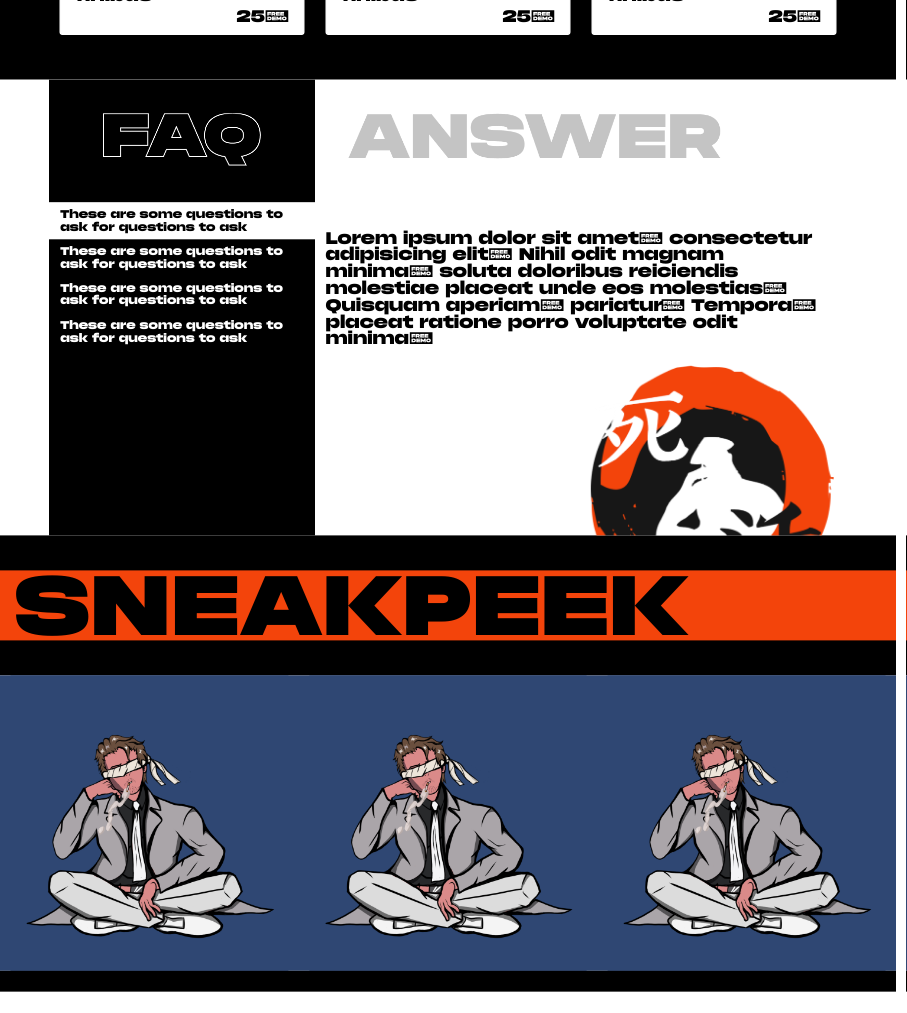
Repository: danishmahmoodawan/Sneakpeak
Page: /
The author's editor kept a copy of each file at every save. The page is drawn from the files as they stood at one save, then again after a run of saves.
The browser window is 1280 px wide. The page is 1295 px wide, so the pictures cover 1295 px, including what lies to the right of the window. The pictures show the part of the page from y = 1587 to 3467 px (the page is 3034 px tall before and 3467 px after), at 70% of full size.
The project was rebuilt for these pictures with package versions that can differ from the ones it lists, and the page was loaded fresh each time.

Above is the page before, as saved 2022-02-28 22:08:21.

### public/index.html
<!DOCTYPE html>
<html lang="en">
  <head>
    <meta charset="utf-8" />
    <meta name="viewport" content="width=device-width, initial-scale=1" />
    <link rel="stylesheet" href="https://cdnjs.cloudflare.com/ajax/libs/twitter-bootstrap/4.6.0/css/bootstrap.min.css">
	<link rel="stylesheet" href="https://cdnjs.cloudflare.com/ajax/libs/font-awesome/5.15.4/css/all.min.css">
	<link rel="stylesheet" href="assets/css/style.css">
	<title>SneakPeak</title>
  </head>
  <body>
    <noscript>You need to enable JavaScript to run this app.</noscript>
    <div id="root"></div>
	<script src="https://cdnjs.cloudflare.com/ajax/libs/jquery/3.5.1/jquery.slim.min.js"></script>
	<script src="https://cdnjs.cloudflare.com/ajax/libs/popper.js/1.16.1/umd/popper.min.js"></script>
  <script src="https://cdnjs.cloudflare.com/ajax/libs/twitter-bootstrap/4.6.0/js/bootstrap.min.js"></script>
  <link rel="stylesheet" href="https://fonts.googleapis.com/css2?family=Inter:wght@100;200;300;400;500;600;700;800;900&display=swap"/>
  <link rel="stylesheet" href="https://fonts.googleapis.com/css2?family=VT323:wght@400&display=swap"/>
  </body>
</html>

### src/App.js
import Home from "./pages/Home";

function App() {
  return (
    <div>
      <Home />
    </div>
  );
}

export default App;

### src/pages/Home.js

import { useState, useEffect } from 'react';
function Home() {

  return (
   <>
 <section className="top_section">
            <div className="container">
                <div className="row">
                    <div className="col-12 text-center top_image">
                        <div className="social_div">
                            <img src="assets/images/ICON_INSTA24.png" alt="ICON_INSTA24" className="desktop_image"/>
                            <img src="assets/images/ICON_MEDIUM25.png" alt="ICON_MEDIUM25" className="desktop_image"/>
                            <img src="assets/images/ICON_OS26.png" alt="ICON_OS26" className="desktop_image"/>
                            <img src="assets/images/ICON_TWITTER27.png" alt="ICON_TWITTER27" className="desktop_image"/>
                            <img src="assets/images/ICON_DISCORD28.png" alt="ICON_DISCORD28" className="desktop_image"/>
                        </div>
                    </div>
                </div>
            </div>
        </section>
        <section className="first_section"></section>

        <section className="second_section">
            <div className="container">
                <div className="row d-flex align-items-center justify-content-center">
                    <div className="col-12 col-md-5 left_sec_col img_col">
                        <div className="row">
                          <div className="col-12 right_inner_sec_col row_set_whi">
                                <div className="row">
                                    <div className="col-4 col_white">
                                        <p>PRICE</p>
                                    </div>
                                    <div className="col-8 col_black">
                                        <p>0.15 Ξ</p>
                                    </div>
                                </div>
                                <div className="row">
                                    <div className="col-4 col_white">
                                        <p>TOTAL</p>
                                    </div>
                                    <div className="col-8 col_black">
                                        <p>1125 / 3333</p>
                                    </div>
                                </div>
                                <div className="row">
                                    <div className="col-4 col_white">
                                        <p>LIMIT</p>
                                    </div>
                                    <div className="col-8 col_black">
                                        <p>5 PER TX</p>
                                    </div>
                                </div>
                            </div>
                        </div>

                    </div>
                    <div className="col-12 col-md-2 left_sec_col text-center">
                        <div className="row"><div className="col-12 icon_size p-0"> <a href="#" target={{target:"_blank"}}> <svg xmlns="http://www.w3.org/2000/svg" width="50" height="40" fill="currentColor" class="bi bi-chevron-compact-up" viewBox="0 0 16 16">
  <path fill-rule="evenodd" d="M7.776 5.553a.5.5 0 0 1 .448 0l6 3a.5.5 0 1 1-.448.894L8 6.56 2.224 9.447a.5.5 0 1 1-.448-.894l6-3z"/>
</svg></a></div>
 </div>
                        <div className="row"><div className="col-12 icon_size p-0"><span class="counts"> 5 </span></div> </div>
                        <div className="row"><div className="col-12 icon_size p-0"><a href="#" target={{target:"_blank"}}> <svg xmlns="http://www.w3.org/2000/svg" width="50" height="40" fill="currentColor" class="bi bi-chevron-compact-down" viewBox="0 0 16 16">
  <path fill-rule="evenodd" d="M1.553 6.776a.5.5 0 0 1 .67-.223L8 9.44l5.776-2.888a.5.5 0 1 1 .448.894l-6 3a.5.5 0 0 1-.448 0l-6-3a.5.5 0 0 1-.223-.67z"/>
</svg></a></div>
 </div>
                    </div>
                    <div className="col-12 col-md-2 mintbtns right_col">
                    <button classname=" m-2">MINT <br /> NOW</button>
                    </div>
                </div>
            </div>
        </section>

        <section className="third_section roadmapSec">
            <div className="container">
                <div className="row third_row">
                <div className="col-12 "><h1>ROADMAP</h1></div>
                 </div>
                 <div className="row set_map">
                 <div className="col-sm-12 col-md-4">
                 <div className="btn map_one maptwo btn-primary position-relative">
             <p>    Lorem ipsum dolor sit amet consectetur adipiscing elit Aliquam ac dapibus orci sit amet laoreet odio Sed commodo nulla sit amet est posuere lobortis Maecenas ultrices justo non cursus finibus </p>
  <span class="position-absolute top-0 start-100 translate-middle badge rounded-pill set_ict">
  <img src="assets/images/01.png" alt="PREVIEW_Artboard321293" className="desktop122_image" />
  </span>
  <p className="text-right">25%</p>
</div>
                 </div>
                 <div className="col-sm-12 col-md-4">
                 <div className="btn map_one maptwo btn-primary position-relative">
             <p>    Lorem ipsum dolor sit amet consectetur adipiscing elit Aliquam ac dapibus orci sit amet laoreet odio Sed commodo nulla sit amet est posuere lobortis Maecenas ultrices justo non cursus finibus </p>
  <span class="position-absolute top-0 start-100 translate-middle badge rounded-pill set_ict">
  <img src="assets/images/02.png" alt="PREVIEW_Artboard321293" className="desktop122_image" />
  </span>
  <p className="text-right">25%</p>
</div>
                 </div>
                 <div className="col-sm-12 col-md-4">
                 <div className="btn map_one maptwo btn-primary position-relative">
             <p>    Lorem ipsum dolor sit amet consectetur adipiscing elit Aliquam ac dapibus orci sit amet laoreet odio Sed commodo nulla sit amet est posuere lobortis Maecenas ultrices justo non cursus finibus </p>
  <span class="position-absolute top-0 start-100 translate-middle badge rounded-pill set_ict">
  <img src="assets/images/03.png" alt="PREVIEW_Artboard321293" className="desktop122_image" />
  </span>
  <p className="text-right">25%</p>
</div>
                 </div>
                 </div>
             </div>
        </section>
        <section className="forth_section faq_container">
            <div className="container">
            <div className="row">
            <div className="col-4 faq_col p-5">
            <img src="assets/images/faq.png" alt="PREVIEW_Artboard321293" className="desktop122_image" />
</div>
            <div className="col-8 p-5">
            <img src="assets/images/answer.png" alt="PREVIEW_Artboard321293" className="desktop122_image" />
            </div>
            </div>



<div className="row">
<div className="col-md-4 bg_link faq_tabss p-0">

    <ul className="nav md-pills pills-secondary d-flex flex-column">
      <li className="nav-item">
        <a className="nav-link active" data-toggle="tab" href="#panel11" role="tab">These are some questions to ask for questions to ask</a>
      </li>
      <li className="nav-item">
        <a className="nav-link" data-toggle="tab" href="#panel12" role="tab">These are some questions to ask for questions to ask</a>
      </li>
      <li className="nav-item">
        <a className="nav-link" data-toggle="tab" href="#panel13" role="tab">These are some questions to ask for questions to ask</a>
      </li>
      <li className="nav-item">
        <a className="nav-link" data-toggle="tab" href="#panel14" role="tab">These are some questions to ask for questions to ask</a>
      </li>
    </ul>

  </div>
  <div className="col-md-8 logo_ns">

    <div className="tab-content pt-0">

      <div className="tab-pane fade in show active" id="panel11" role="tabpanel">
        <br />

        <p>Lorem ipsum dolor sit amet, consectetur adipisicing elit. Nihil odit magnam minima, soluta doloribus
          reiciendis molestiae placeat unde eos molestias. Quisquam aperiam, pariatur. Tempora, placeat ratione
          porro voluptate odit minima.</p>
          <img src="assets/images/logo_set.png" alt="LOGO" className="desktop122_image" />


      </div>
      <div className="tab-pane fade" id="panel12" role="tabpanel">
        <br />

        <p>Lorem ipsum dolor sit amet, consectetur adipisicing elit. Nihil odit magnam minima, soluta doloribus
          reiciendis molestiae placeat unde eos molestias. Quisquam aperiam, pariatur. Tempora, placeat ratione
          porro voluptate odit minima.</p>
        <p>Lorem ipsum dolor sit amet, consectetur adipisicing elit. Nihil odit magnam minima, soluta doloribus
          reiciendis molestiae placeat unde eos molestias. Quisquam aperiam, pariatur. Tempora, placeat ratione
          porro voluptate odit minima.</p>

      </div>
      <div className="tab-pane fade" id="panel13" role="tabpanel">
        <br />

        <p>Lorem ipsum dolor sit amet, consectetur adipisicing elit. Nihil odit magnam minima, soluta doloribus
          reiciendis molestiae placeat unde eos molestias. Quisquam aperiam, pariatur. Tempora, placeat ratione
          porro voluptate odit minima.</p>
          <img src="assets/images/logo_set.png" alt="LOGO" className="desktop122_image" />


      </div>
      <div className="tab-pane fade" id="panel14" role="tabpanel">
        <br />

        <p>Lorem ipsum dolor sit amet, consectetur adipisicing elit. Nihil odit magnam minima, soluta doloribus
          reiciendis molestiae placeat unde eos molestias. Quisquam aperiam, pariatur. Tempora, placeat ratione
          porro voluptate odit minima.</p>
        <p>Lorem ipsum dolor sit amet, consectetur adipisicing elit. Nihil odit magnam minima, soluta doloribus
          reiciendis molestiae placeat unde eos molestias. Quisquam aperiam, pariatur. Tempora, placeat ratione
          porro voluptate odit minima.</p>

      </div>


    </div>


</div>

</div>
</div>


        </section>

        <section className="fifth_section">
            <div className="container-fluid fifth_container">
            <div className="row"><div className="col-12">
                <h2 className="road_map">SNEAKPEEK</h2>
            </div></div></div>
        </section>
        <section className="six_section">
            <div className="container-fluid">
            <div className="row">
            <div className="col-4">
            <img src="assets/images/char_img.png" alt="char_img" className="desktop122_image" />
            </div>
            <div className="col-4">
            <img src="assets/images/char_img.png" alt="char_img" className="desktop122_image" />
            </div>
            <div className="col-4">
            <img src="assets/images/char_img.png" alt="char_img" className="desktop122_image" />
            </div>

            </div>
            </div>
        </section>
        <section>
        <div className="row">
            <div className="col-12">
            <div class="empty_div"> </div>
            </div>
            <div className="col-12">
            <div class="empty_divs"> </div>
            </div>
            </div>
        </section>
        <section className="section_seven">
        <div className="row">
            <div className="col-4">
            </div>
            </div>
        </section>

	</>
  );
}

export default Home;

### public/assets/css/style.css
html {
  font-family: Inter;
  font-size: 16px;
}
@font-face {
  font-family: 'Phonk-cont';
  src: url('../fonts/Phonk-ContrastDEMO.ttf');
}
@font-face {
  font-family: 'Phonk-regular';
  src: url('../fonts/Phonk-ReguularDEMO.ttf');
}
body {
  font-weight: 400;
  font-style:normal;
  text-decoration: none;
  text-transform: none;
  letter-spacing: normal;
  line-height: 1.15;
  color: var(--dl-color-gray-black);
  background-color: var(--dl-color-gray-white);
}
p{
  margin-bottom: 0px;
  font-family: Phonk-cont;
  font-size: 24px;
  font-style: normal;
  font-weight: 400;
  line-height: 24px;
  letter-spacing: 0em;
  text-align: left;
  color:#FFF
}
h2{
  font-family: 'Phonk-cont';
  font-style: normal;
  font-weight: normal;
  font-size: 72px;
  line-height: 72px;
  color: #FFFFFF;
  text-align: center;
  margin-bottom: 0;
}
:root {
  --dl-color-gray-500: #595959;
  --dl-color-gray-700: #999999;
  --dl-color-gray-900: #D9D9D9;
  --dl-size-size-large: 144px;
  --dl-size-size-small: 48px;
  --dl-color-danger-300: #A22020;
  --dl-color-danger-500: #BF2626;
  --dl-color-danger-700: #E14747;
  --dl-color-gray-black: #000000;
  --dl-color-gray-white: #FFFFFF;
  --dl-size-size-medium: 96px;
  --dl-size-size-xlarge: 192px;
  --dl-size-size-xsmall: 16px;
  --dl-space-space-unit: 16px;
  --dl-color-primary-100: #003EB3;
  --dl-color-primary-300: #0074F0;
  --dl-color-primary-500: #14A9FF;
  --dl-color-primary-700: #85DCFF;
  --dl-color-success-300: #199033;
  --dl-color-success-500: #32A94C;
  --dl-color-success-700: #4CC366;
  --dl-size-size-xxlarge: 288px;
  --dl-size-size-maxwidth: 1400px;
  --dl-radius-radius-round: 50%;
  --dl-space-space-halfunit: 8px;
  --dl-space-space-sixunits: 96px;
  --dl-space-space-twounits: 32px;
  --dl-radius-radius-radius2: 2px;
  --dl-radius-radius-radius4: 4px;
  --dl-radius-radius-radius8: 8px;
  --dl-space-space-fiveunits: 80px;
  --dl-space-space-fourunits: 64px;
  --dl-space-space-threeunits: 48px;
  --dl-space-space-oneandhalfunits: 24px;
}

.desktop122_image{
  width: 100%;
}
/* css start */
.top_section{
  background-color: #222222;
  padding: 10px;
}
.empty_div{
height: 30px;
background: #000;
}
.empty_divs{
height: 30px;
background: white;
}
.section_seven{
background: rgba(255, 255, 255, 0.5);
}
.top_content .button{
  font-family: VT323;
  font-style: normal;
  font-weight: normal;
  font-size: 16px;
  line-height: 16px;
  color: #222222;
}
.first_section{
  background-image: url('images/banner_home.png');
  background-repeat: no-repeat;
  background-size: cover;
  height: 100vh;
  background-position: center;
}
.second_section{
  background-image: url('images/aksc.png');
    background-repeat: no-repeat;
    background-size: inherit;
    background-position: center;
    margin: -30px;
    width: 100%;
}
.third_row h1{
  font-family: Phonk-cont;
  font-style: normal;
  font-weight: 600;
  font-size: 100px;
  text-align: center;
  color: white;
}
.col_white p{
  color: #fff;
  padding: 8px 0;
  text-align: center;
}

.col_black p{
  color: #F3440B;
  padding: 8px 0;
  text-align: right;
}
.img_col{
  padding: 32px 20px !important;
}
.mintbtns button{
  background: #F3440B;
border-radius: 10px;
color: white;
padding: 44px 25px;
font-family: Phonk-cont;
font-weight: 600;
font-size: 36px;
line-height: 46px;
border-color: #F3440B;
}
.mintbtns button:hover{
  background: #bc350a;
}
.counts{
  font-family: Phonk-cont;
  font-style: normal;
  font-weight: 600;
  font-size: 55px;
  color: white;
}
.icon_size{
color: white;
}
.icon_size a{
  color: white;
}
.icon_size a:hover{
  color: #F3440B;
}
.second_section .row{
  align-items: center;
}
.left_sec_col{
  background-color: #000;
  padding: 20px 15px;
  border-radius: 10px;
  margin-left: 10px;
  margin-right: 10px;
}
.second_section .right_sec_col p{
  padding-left: 30px;
}
.pluss_minus_row{
  padding: 40px;
}
.second_section a.button{
  background: linear-gradient(90.9deg, #35A9AD 0%, #9D4DB1 100%);
  color: #FFF;
  font-family: VT323;
  display: block;
  text-decoration: none;
  max-width: 370px;
  margin: 0 auto;
  margin-top: 30px;
  cursor: pointer;
}
.map_one{
  background: #444444;
  border: 2px solid #FFFFFF;
box-sizing: border-box;
padding: 35px 20px 10px 20px;
margin-top: 16%;
}
.roadmapSec{
padding: 5% 0;
}
.maptwo{
  background: white;
}
.maptwo p{
  color: #000;
}
.forth_section img{
width: 80%;
}
.map_one p{
  line-height: 30px;
}
.maptwo .badge{
top: -118px !important;
}
.maptwo img{
  width: 82%;
}
.map_one .badge{
  top: -90px;
  right: -19px;

}
.set_ict{
  font-family: Phonk-cont;
  font-style: normal;
  font-weight: 600;
  font-size: 100px;
  text-align: center;
  color: white;
}
.map_one:hover{
  background: #444444;
  border: 2px solid #FFFFFF;
}
.maptwo:hover{
  background: white;
}
.map_one:active, .map_one:focus{
  background-color: #444444 !important;
  box-shadow: none !important;
  border-color: #fff !important;
}
.map_two:active, .map_two:focus{
  background-color: white !important;
  box-shadow: none !important;
  border-color: #fff !important;
}
.map_one:not(:disabled):not(.disabled){
  cursor: auto;
}
p.sol{
  color: rgba(34, 34, 34, 0.5);
  text-align: center;
  padding-top: 8px;
}
.third_section{
  background-color: black;
  padding-top: 7%;
}
.faq_container{
  background: white;
}
.faq_container h2{
  padding: 0 30px;

}
.faq_col{
background: black;
display: block;
text-align: center;
}
.bg_link{
  background: black;
}

.forth_left_col{
  background-color: #222222;
}
.forth_section p{
  margin: 20px 0;
  color: black;
}
.logo_ns img{
width: 50%;
float: right;
}
.forth_left_col p{
  background-color: #111111;
  color: #FFF;
  padding: 10px 20px;
}
.forth_right_col{
  padding-left: 100px;
}
.forth_right_col p{
  color: #111111;
}
.fifth_section{
  background: black;
  padding: 50px 0;
}
.fifth_section .container:not(:last-child) {
  background: #C4C4C4;
  max-width: 900px;
  margin: 0 auto;
  padding: 50px 30px 100px;
}

.fifth_section h2.road_map{
  font-size: 120px;
  line-height: 60px;
color:black;
text-align: left;
}
.fifth_section p{
  color: #111111;
}
.fifth_container{
background: #F3440B;
padding: 20px;
}
.six_section{
background: #2f4773;
}
.fifth_left_col{
  background-color: #FFF;
  border-right: 8px solid rgba(17, 17, 17, 0.5);
  border-bottom: 8px solid rgba(17, 17, 17, 0.5);
}
.fifth_left_col h2{
  font-size: 100px;
  line-height: 100px;
  color: #000000;
  padding: 20px;
}
.fifth_last_row .fifth_left_col{
  background: linear-gradient(90.9deg, #35A9AD 0%, #9D4DB1 100%);
  border-right: 8px solid rgba(255, 255, 255, 0.5);
  border-bottom: 8px solid rgba(255, 255, 255, 0.5);
}
.fifth_last_row .fifth_left_col h2{
  color: #FFF;
}
.logo_container{
  background-color: #FFF;
}
/* FAQ Start */
.faq_tabss a{
color: white;
font-family: Phonk-cont;
}
.faq_tabss .active{
background: white;
color: black;
}
/* FAQ STart */
/* media query */
@media only screen and (min-width: 1025px) {

}
@media only screen and (max-width: 1024px) and (min-width: 992px) {

  .first_section{
    height: 26vh;
    background-size: contain;
  }
  .right_third_col{
    background-size: cover;
  }
}

@media only screen and (max-width: 992px) and (min-width: 768px) {
  .first_section{
    height: 26vh;
  }
  .pluss_minus_row{
    padding: 25px;
  }
  .col_white p ,.col_black p{
    font-size: 18px;
  }
  .right_third_col{
    background-size: cover;
  }
}
@media only screen and (max-width: 767px) {
  h2{
    font-size: 36px;
    line-height: 42px;
  }

  .first_section {
    background-size: contain;
    height: 160px;
  }
  .top_section .col-6{
padding: 0;
  }
  .right_sec_col{
    padding-top: 30px;
  }
  .second_section p{
    padding: 0 25px;
    text-align: center;
  }
  .row_set_whi{
    margin: 10px -25px;
  }
  .footer_row .col_ew{
display: none;
  }
  .faq_container{
    padding: 35px 0 30px;
  }
  .right_third_col .container{
    position: initial
  }
  .right_third_col .container .row{
    margin-top: 20px;
  }
  .right_third_col a{
    margin-bottom: 10px;
  }
  .forth_right_col{
    padding: 0 15px ;
  }
  .forth_section{
    padding-bottom: 40px;
  }
  .fifth_section p{
    margin-top: 20px;
  }
  .fifth_section .container:not(:last-child){
    padding-bottom: 40px;
  }
  body, html{
    overflow-x: hidden;
  }
}

@media only screen and (max-width: 767px) and (min-width: 540px) {
  .first_section{
    height: 33vh;
    background-size: contain;
  }
}

Loaded but not shown: src/index.js (common file); src/index.css (common file); src/reportWebVitals.js (common file)

After the next 2 saves:
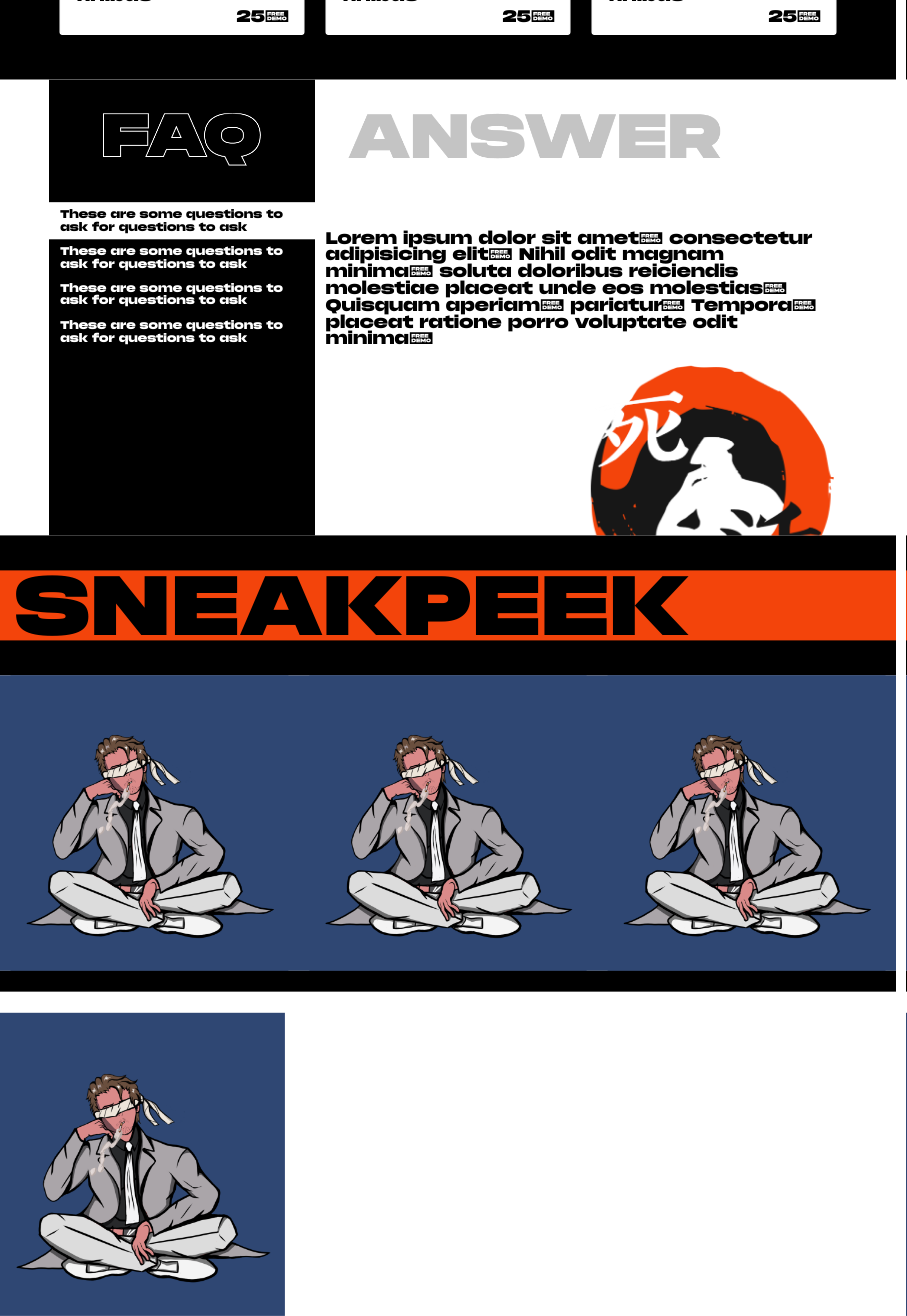
The 2 saves are shown as one change because they came seconds apart.
The last was saved 18 s later.
--- a/src/pages/Home.js
+++ b/src/pages/Home.js
@@ -235,6 +235,7 @@ function Home() {
         <section className="section_seven">
         <div className="row">
             <div className="col-4">
+            <img src="assets/images/char_img.png" alt="char_img" className="desktop122_image" />
             </div>
             </div>
         </section>
